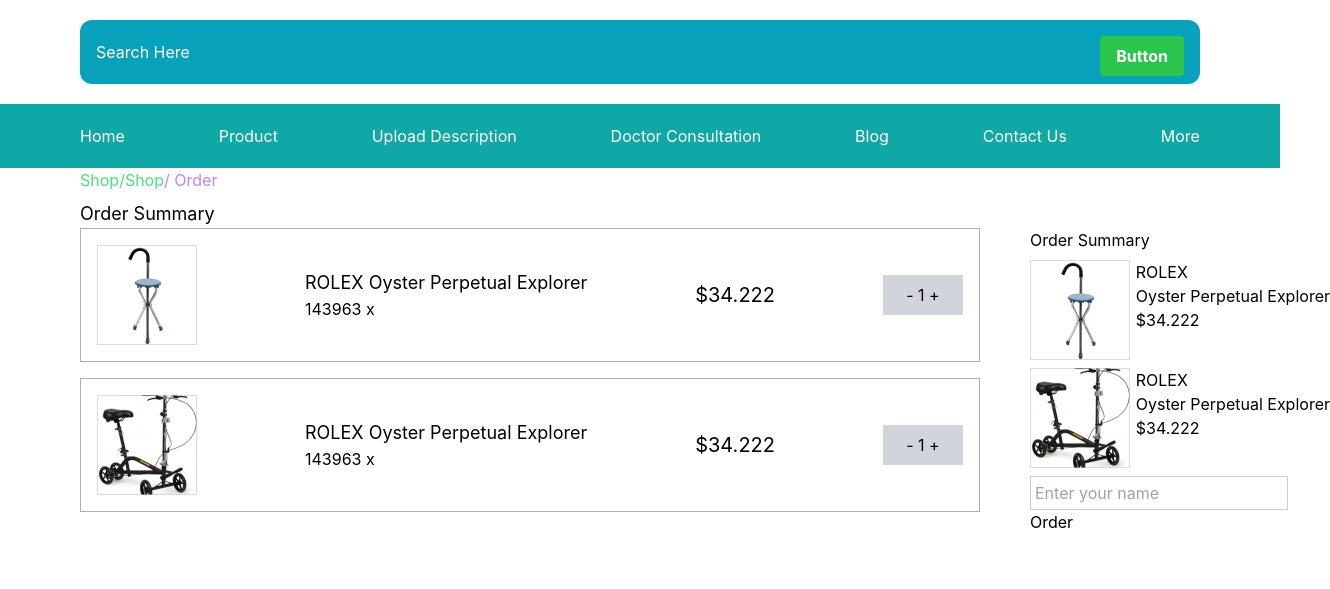
Repository: arafatmollah/pharma
Page: /
An editor plug-in stored every save of this project. The page is shown before and after a run of saves, followed by the edit.
The browser window is 1280 px wide. The page is 1330 px wide, so the pictures cover 1330 px, including what lies to the right of the window. The pictures show the whole page.
The project was rebuilt for these pictures with package versions that can differ from the ones it lists, and the page was loaded fresh each time.

Above is the page before, as saved 2023-03-12 22:17:07.

After the next 2 saves:
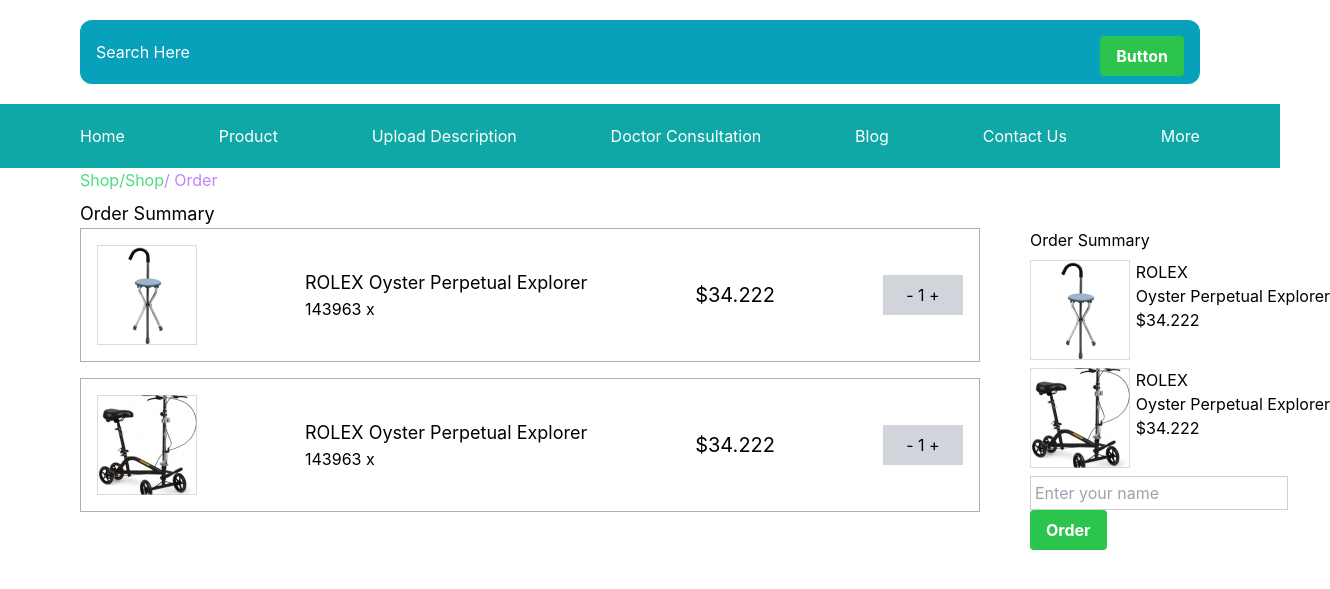
The 2 saves are shown as one change because they came seconds apart.
The last was saved 6 s later.
--- a/src/Order.js
+++ b/src/Order.js
@@ -70,7 +70,7 @@ function order() {
             <form>
               <input type={Text} className="form" placeholder="Enter your name"></input>
             </form>
-            <button>Order</button>
+            <button className='btn'>Order</button>
           </div>
         </div>
         </div>
